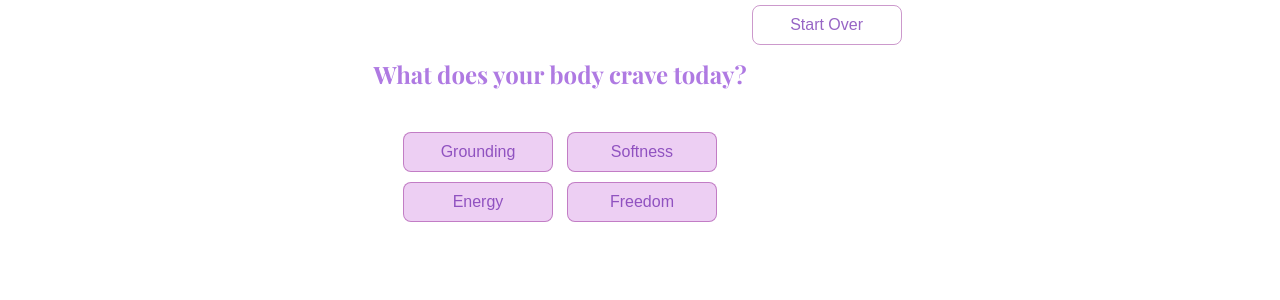
Repository: karim0829/Bella-Oter-Project
Page: index.html
These files come from the project's save history. The page is drawn as it stood at one moment and after the next save; the edit follows.
The browser window is 1280 px wide. The pictures show the whole page.
Some web fonts or font styles are not loaded; a fallback is used.

Above is the page before, as saved 2025-06-30 21:08:14.

### index.html
  <!--
   Name: Karim Mohamed
   Project: Bella Oter
   Date: 6.30.25
   Start Time: 7PM EST

  -->

<!DOCTYPE html>
<html lang="en">
<head>
    <meta charset="UTF-8">
    <meta name="viewport" content="width=device-width, initial-scale=1.0">
    <title>Bella Oter</title>
    <!--Google font-->
    <link rel="preconnect" href="https://fonts.googleapis.com">
    <link rel="preconnect" href="https://fonts.gstatic.com" crossorigin>
    <link href="https://fonts.googleapis.com/css2?family=Leckerli+One&family=Playfair+Display:ital,wght@0,400..900;1,400..900&display=swap" rel="stylesheet">
    <link rel="stylesheet" href = "style.css">
    <script src = 'script.js'></script>
</head>
<body>
    <div class = 'flex'>
    <br>
    <br>


    <header>
        <!--Header with buttons-->
    <form>
         <br>
         <br>
        <label><h1>What does your body crave today?</h1></label><br>
        <button type = 'submit' id = 'grounding' name='grounding'>Grounding</button>
        <button type = 'submit' id = 'softness' name='softness'>Softness</button><br>
        <button type = 'submit' id = 'energy' name='energy'>Energy</button>
        <button type = 'submit' id = 'freedom' name='freedom'>Freedom</button>
    </form>
    <br>
    </header>
    <!--Content-->
<section>
    <br>
    <div class="wrap">
    <h1>The Rooted One</h1>
    <button type = 'button'>TENCEL Soft</button><br><br>

    <h2>Embrace Bodysuit</h2>
    <p><em>Offers stability and comfort</em></p>

    </div>

       <div class="wrap">
    <h1>The Unbound</h1>
    <button type = 'button'>Cooling Mesh</button><br><br>
    <button class="block" type = 'submit'></button>
    <h2>Brushed Cotton Veil</h2>
    <p><em>Drapes you in weightless softness for calm, quiet days.</em></p>

    </div>

       <div class="wrap">
    <h1>The Sparked</h1>
    <button type = 'button'>Active Mesh Blend</button><br><br>

    <button class="block" type = 'submit'></button>
    <h2>Ignite Leggings</h2>
    <p><em>Designed to move with power, precision, and pulse.</em></p>

    </div>

       <div class="wrap">
    <h1>The Aligned Mind</h1>
    <button type = 'button'>Cooling Mesh</button><br><br>

    <button class="block" type = 'submit'></button>
    <h2>Focus Bralette</h2>
    <p><em>Crafted to support clarity, presence, and breath.</em></p>

    </div>
</section>
    <button type = 'submit' id = 'start-over' name='start-over'>Start Over</button>

</div>
</body>
</html>

### style.css
body {
    text-align: center;
    font-family:"playfair display";
    padding:0;
    margin:0;
}

form h1 {
    font-size:24px;
    text-align: center;
    color:rgba(125, 37, 207, 0.613);

}

 form button {
    width: 150px;
    height: 40px;
    cursor: pointer;
    border: 1px solid rgba(128, 0, 128, 0.401);;
    border-radius: 8px;
    background-color: #edcff3;
    font-size: 16px;
    margin-top:10px;
    margin:5px;
    transition: all 0.3s ease;
    color:rgba(85, 4, 160, 0.613);
}

 button:hover {
    background-color:rgb(219, 55, 219);

}

#start-over  {
    width: 150px;
    height: 40px;
    cursor: pointer;
    border: 1px solid rgba(128, 0, 128, 0.401);;
    border-radius: 8px;
    background-color: transparent;
    font-size: 16px;
    margin-top:10px;
    margin:5px;
    transition: all 0.3s ease;
    color:rgba(85, 4, 160, 0.613);
}

#start-over:hover {
        background-color:rgb(219, 55, 219);

}



.block {
    width:150px;
    height:120px;
    border:none;

}

.flex {
  display: flex;
  justify-content: center;
}

@media (min-width: 768px) {
  .flex {
    flex-direction: row;
    align-items: flex-start;
  }


}

@media (min-width: 480px) {
  .flex {
    flex-direction: row;
    align-items: flex-start;
  }


}
 img {
    border-radius:10px;
 }

.wrap {
    display:flex;
    justify-content: center;
    color:rgb(165, 80, 174);
    border: 1px solid purple;
    width:250px;
    background-color: rgb(233, 223, 243);

}

### script.js
document.addEventListener('DOMContentLoaded', function () {
  var question = document.querySelector('header form');   // the question + four option buttons
  var section  = document.querySelector('section');       // holds the four product cards
  var cards    = section.querySelectorAll('.wrap');       // each individual card

  section.style.display = 'none';                         // hide cards at first

  function showCard(i) {
    question.style.display = 'none';                      // hide only the question area
    section.style.display  = 'block';                     // reveal the card zone
    for (var j = 0; j < cards.length; j++) {
      cards[j].style.display = (j === i) ? 'block' : 'none';
    }
  }

  var ids = ['grounding', 'softness', 'energy', 'freedom'];
  for (var i = 0; i < ids.length; i++) {
    (function (idx) {
      document.getElementById(ids[idx]).addEventListener('click', function (e) {
        e.preventDefault();
        showCard(idx);                                    // show the matching card
      });
    })(i);
  }

  document.getElementById('start-over').addEventListener('click', function (e) {
    e.preventDefault();
    section.style.display  = 'none';                      // hide cards
    question.style.display = 'block';                     // show question again
  });
});

After the next save:
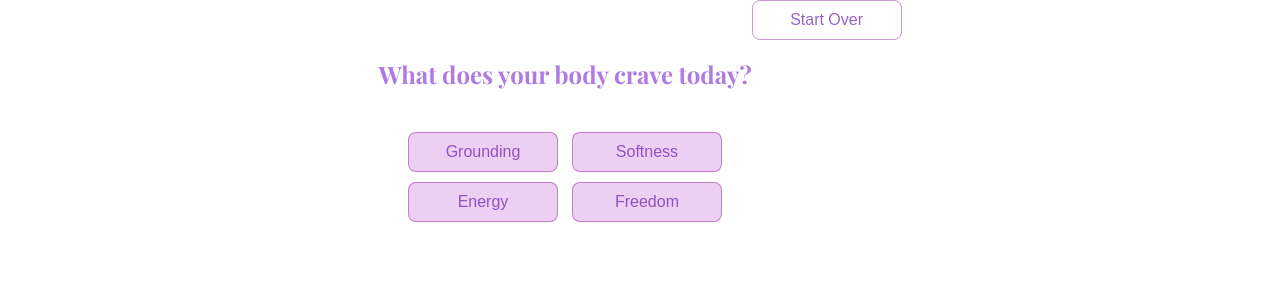
Saved 14 s later.
--- a/style.css
+++ b/style.css
@@ -39,8 +39,7 @@ form h1 {
     border-radius: 8px;
     background-color: transparent;
     font-size: 16px;
-    margin-top:10px;
-    margin:5px;
+
     transition: all 0.3s ease;
     color:rgba(85, 4, 160, 0.613);
 }
